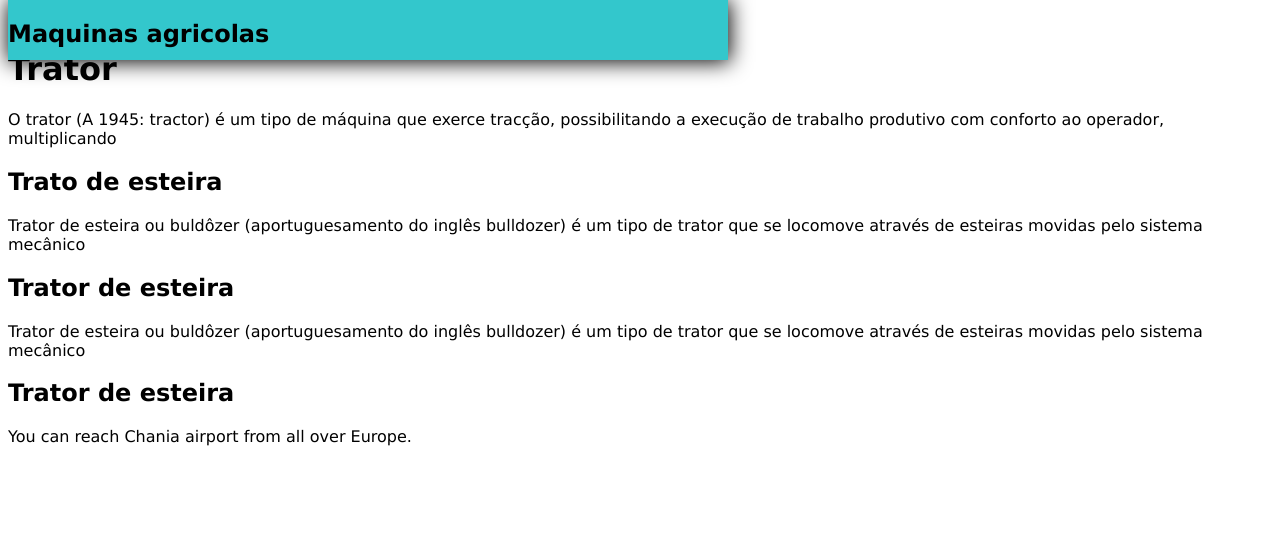
Repository: ecrseer/pesquisa-carros-html
Page: news.html
An editor plug-in stored every save of this project. The page is shown before and after the next save, followed by the edit.
The browser window is 1280 px wide. The pictures show the whole page.

Above is the page before, as saved 2022-01-21 16:27:53.

### news.html
<!doctype html>

<html lang="pt-br">
  <html lang="pt-br">
    <head>
        <meta charset="UTF-8"/>
        <meta name="viewport" content="width=device-width,
        initial-scale=1.0"/>
        <meta http-equiv="X-UA-Compatible" content="ie=edge">
        <title>Vendarro LTDA</title>

  <link rel="stylesheet" href="news.css">

</head>

<body>
    <nav class="header">
        <h1>Maquinas agricolas</h1>

      </nav>
      <div class="">
        <div class="espaco"></div>
        <div class="row">
               <input type="text" placeholder="Digite alguma coisa">
        </div>


        <div  >
          <h1>Trator</h1>
          <p>O trator (A 1945: tractor) é um tipo de máquina que exerce tracção, possibilitando a execução de trabalho produtivo com conforto ao operador, multiplicando </p>
        </div>

        <div class="col-3 col-s-12">
          <div class="aside">
            <h2>Trato de esteira</h2>
            <p>Trator de esteira ou buldôzer (aportuguesamento do inglês bulldozer) é um tipo de trator que se locomove através de esteiras movidas pelo sistema mecânico</p>
            <h2>Trator de esteira</h2>
            <p>Trator de esteira ou buldôzer (aportuguesamento do inglês bulldozer) é um tipo de trator que se locomove através de esteiras movidas pelo sistema mecânico</p>
            <h2>Trator de esteira</h2>
            <p>You can reach Chania airport from all over Europe.</p>

          </div>
        </div>


      </div>

  <script src="scripts.js"></script>

</body>
</html>

### news.css
* {
    box-sizing: border-box;
  }

  html {
    font-family: "Lucida Sans", sans-serif;
  }
  .espaco{

  }

  .header {
    background-color: #33c7cc;
    position: fixed;
    top:0;
    width: 100vh;
    max-height: 60px;
    box-shadow: 1px 1px 3vh 1px;
  }

### scripts.js
function recurs(nmbr){

    if (nmbr==1)
    return 1;
    else
    arr.push(3*recurs(nmbr-1));
}

let
    isWhite = false,
    arr=[];
    let
    fixo=new Array(5);

    fixo[0]='E';
    fixo[4]='S';
    console.log(fixo);


function changeTheme(){
    isWhite ? document.querySelector("body").style.backgroundColor='#010101' :
    document.querySelector("body").style.backgroundColor='#fff';

    isWhite= !isWhite;

    function hapn(){
        console.log('data');
    }

    console.log(arr);
}

After the next save:
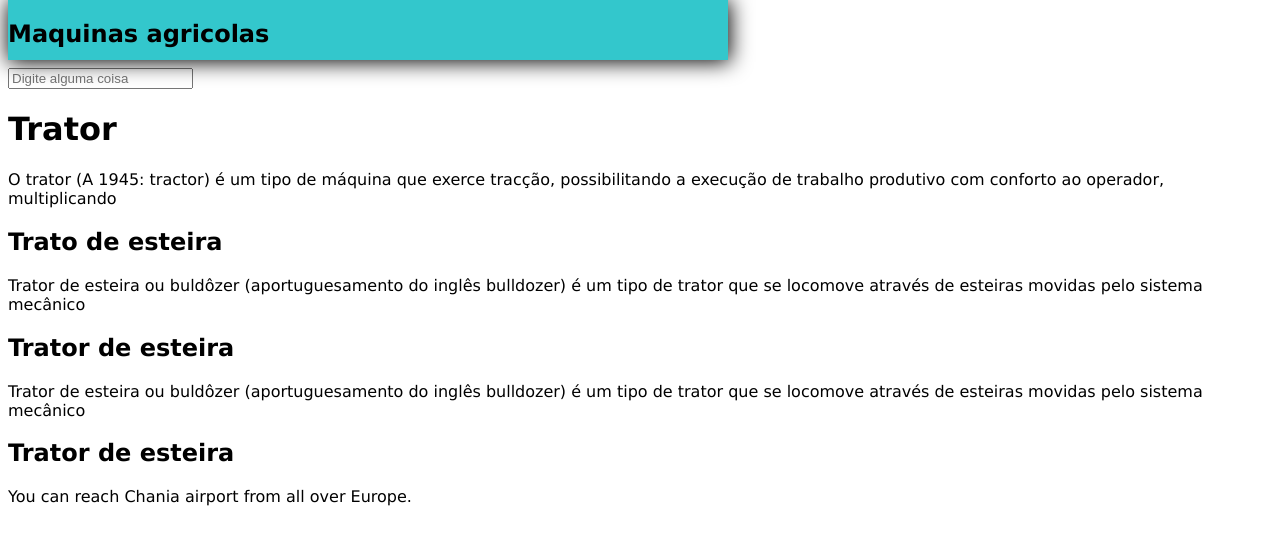
Saved 4 s later.
--- a/news.css
+++ b/news.css
@@ -6,7 +6,7 @@
     font-family: "Lucida Sans", sans-serif;
   }
   .espaco{
-
+    height: 60px;
   }
 
   .header {

After the 6 saves that followed:
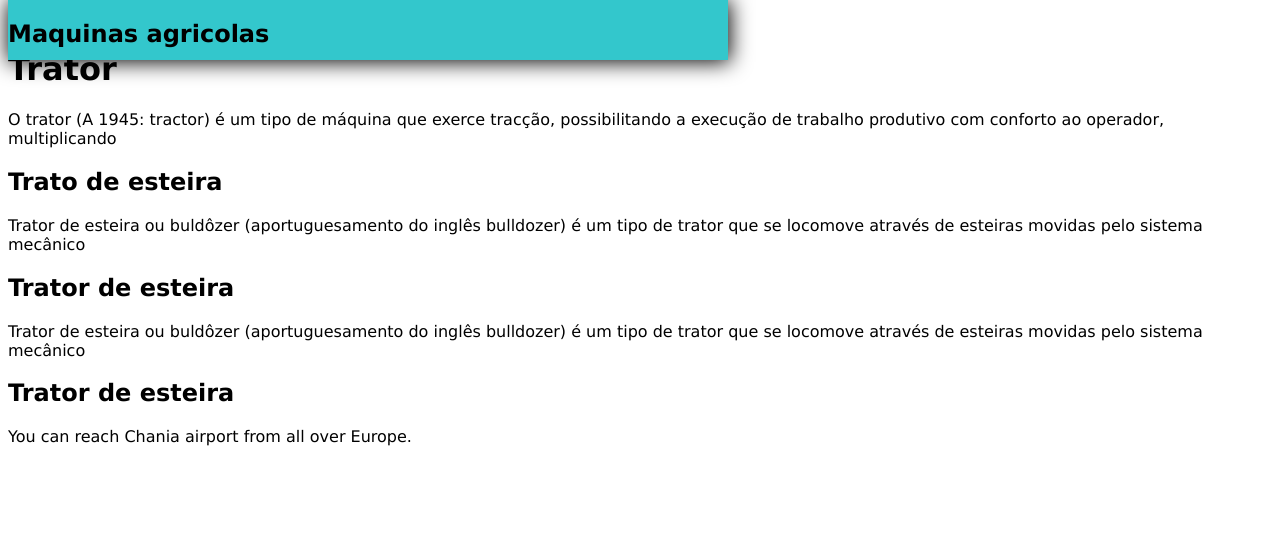
The 6 saves are shown as one change because 3 left the picture as it was and some came seconds apart.
The last was saved 33 s later.
--- a/news.css
+++ b/news.css
@@ -1,12 +1,13 @@
 * {
     box-sizing: border-box;
+    --topbar-altura:60px;
   }
 
   html {
     font-family: "Lucida Sans", sans-serif;
   }
   .espaco{
-    height: 60px;
+    height: calc(var(--topbar-altura)+10px);
   }
 
   .header {
